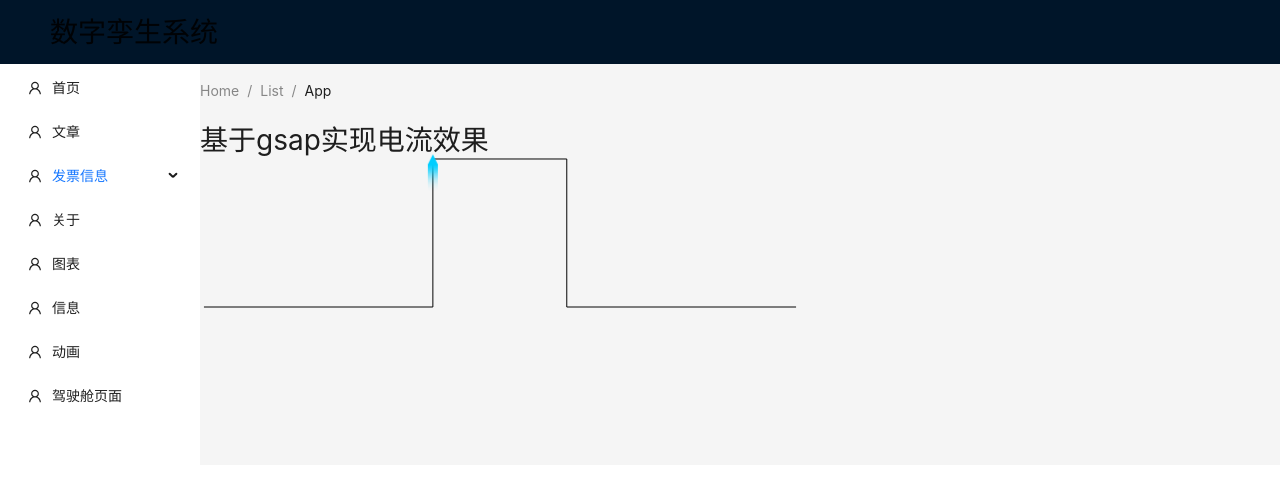
Repository: HailiePan/webpack-react-practice
Page: /animation
These files come from the project's save history. The page is drawn as it stood at one moment and after the next save; the edit follows.
The browser window is 1280 px wide. The pictures show the whole page.
The project was rebuilt for these pictures with package versions that can differ from the ones it lists, and the page was loaded fresh each time. Also part of the build but not shown: src/pages/Animation/component/ScrollAnimation/index.jsx, src/pages/Home.jsx, src/pages/Invoices/index.jsx, src/pages/Invoices/Invoice.jsx, src/pages/Invoices/Pending.jsx, src/pages/Invoices/Complete.jsx, src/components/CommonBox/index.less, src/components/CommonBox/index.jsx and 27 more.

Above is the page before, as saved 2024-01-24 16:56:00.

After the next save:
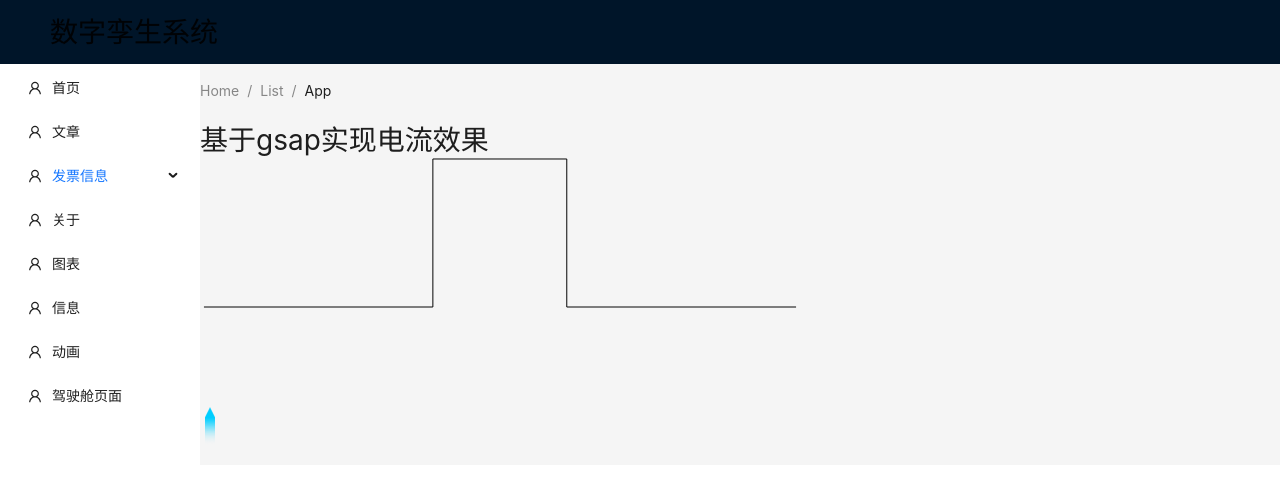
Saved 60 s later.
--- a/src/pages/Animation/component/ImitateElectricity/index.jsx
+++ b/src/pages/Animation/component/ImitateElectricity/index.jsx
@@ -2,7 +2,7 @@
  * @Author: Hailie.Pan
  * @Date: 2024-01-16 22:18:53
  * @LastEditors: Hailie.Pan
- * @LastEditTime: 2024-01-24 16:55:14
+ * @LastEditTime: 2024-01-24 16:57:00
  * @Description:
  */
 import React, { useEffect, useRef } from 'react';
@@ -49,7 +49,7 @@
       '<'
     );
 
-    tl.to([jiantou2.current], {
+    tl.to([jiantou.current], {
       duration: 1.5,
       ease: 'none',
       immediateRender: true,

After the save that followed:
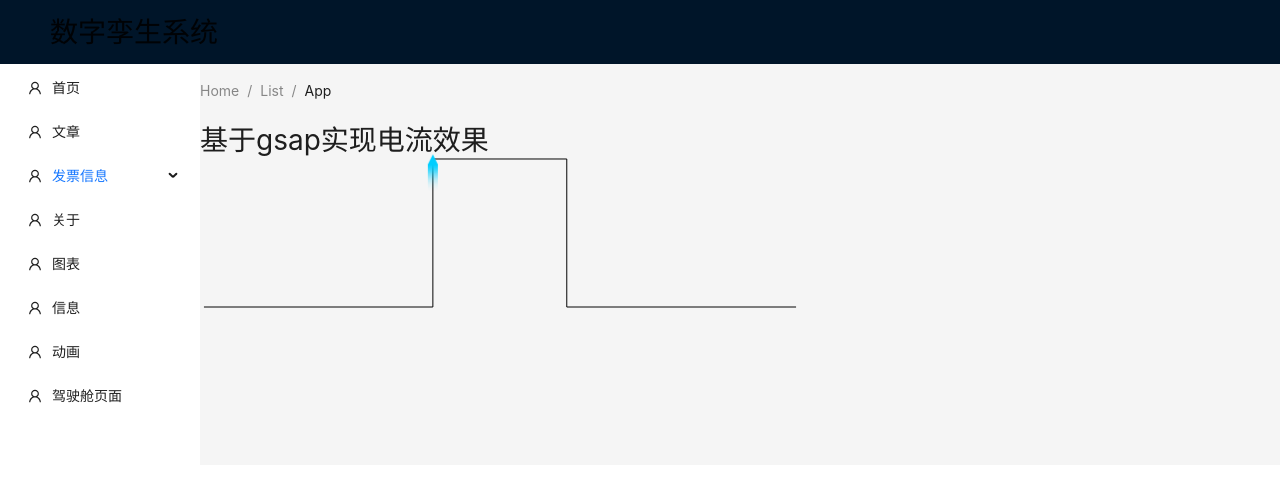
Saved 34 s later.
--- a/src/pages/Animation/component/ImitateElectricity/index.jsx
+++ b/src/pages/Animation/component/ImitateElectricity/index.jsx
@@ -49,7 +49,7 @@
       '<'
     );
 
-    tl.to([jiantou.current], {
+    tl.to([jiantou2.current], {
       duration: 1.5,
       ease: 'none',
       immediateRender: true,
